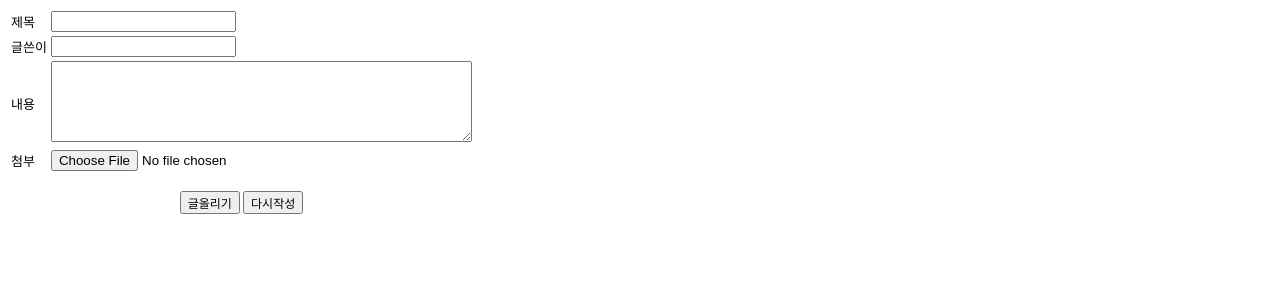
Repository: cartoon1110/KosaSwCourse
Page: http://localhost/JSPprogramming/exam01/write_form.jsp
These files come from the project's save history. The page is drawn as it stood at one moment and after the next save; the edit follows.
The browser window is 1280 px wide. The pictures show the whole page.
The page is served by Tomcat 9.

Above is the page before, as saved 2015-08-26 05:31:20.

After the next save:
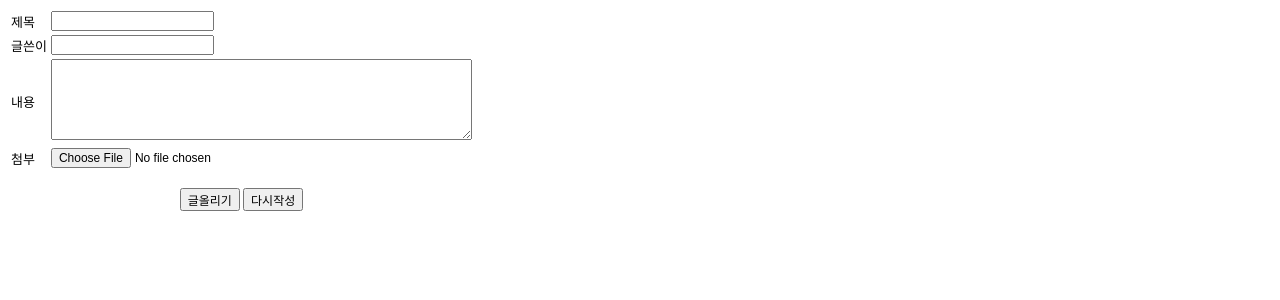
Saved 36 s later.
--- a/workspace-web/JSPprogramming/WebContent/exam01/write_form.jsp
+++ b/workspace-web/JSPprogramming/WebContent/exam01/write_form.jsp
@@ -8,6 +8,9 @@
 		<style type="text/css">
 			body{
 				font-size:small;
+			}
+			input{
+				font-size:12px;
 			}
 		</style>
 	</head>
@@ -34,8 +37,8 @@
 				<tr>
 					<td colspan="2" style="text-align:center;">
 						<br/>
-						<input style="font-size:12px" type="submit" value="글올리기"/>
-						<input style="font-size:12px" type="reset" value="다시작성"/>
+						<input type="submit" value="글올리기"/>
+						<input type="reset" value="다시작성"/>
 					</td>
 				</tr>
 			</table>
